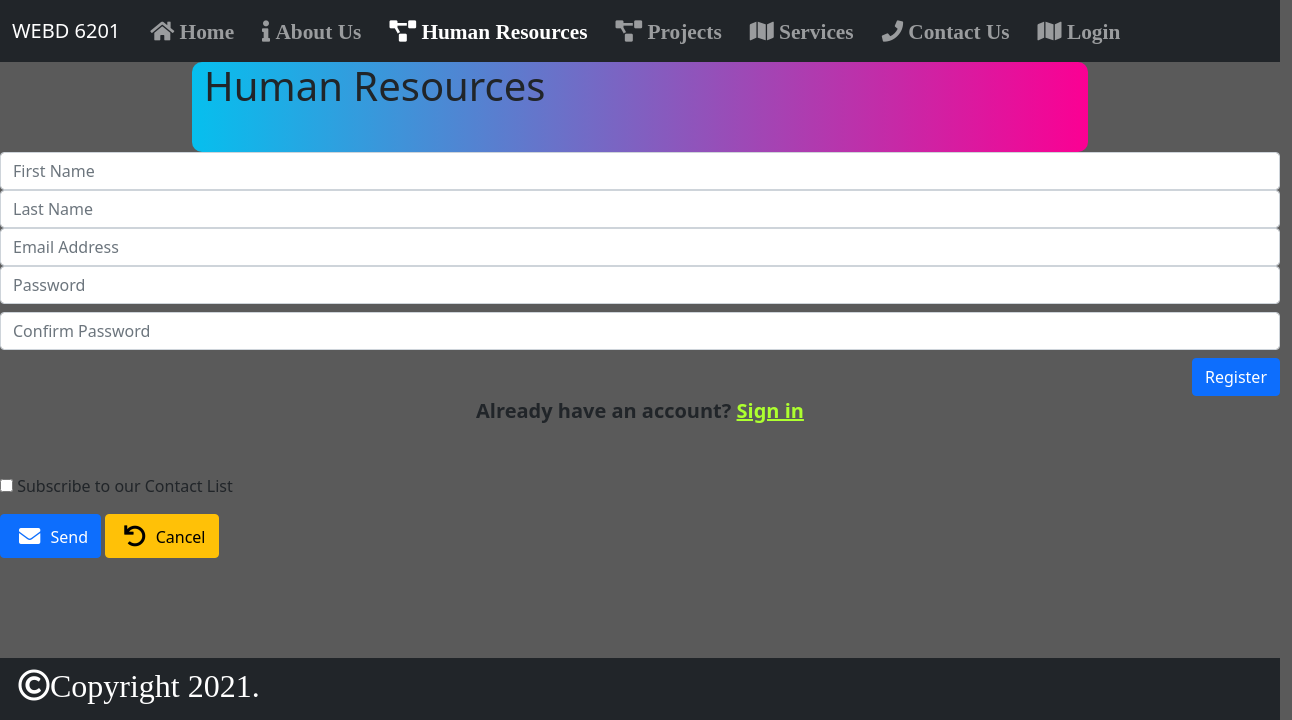
Repository: vans12345678/WEBD6201-W2021-Lab2
Page: human-resources.html
The author's editor kept a copy of each file at every save. The page is drawn from the files as they stood at one save, then again after the next save.
The browser window is 1280 px wide. The page is 1292 px wide, then 1280 px, then 1292 px, so the pictures cover 1292 px, including what lies to the right of the window. The pictures show the whole page.

Above is the page before, as saved 2021-03-06 18:59:51.

### human-resources.html
<!--human-resources.html
Name: Andre Agrippa, Michai Pryce
Date: 02/05/2021
-->
<!DOCTYPE html>
<html lang="en">
<head>
    <meta charset="UTF-8">
    <meta name="viewport" content="width=device-width, initial-scale=1.0">
    <title>Human Resources</title>

    <!-- CSS Section -->
    <link rel="stylesheet" href="./node_modules/bootstrap/dist/css/bootstrap.min.css">
    <link rel="stylesheet" href="./node_modules/@fortawesome/fontawesome-free/css/all.min.css">
    <link rel="stylesheet" href="./Content/app.css">
</head>
<body>
  <!-- Main Header -->
    <header>
      <!-- Main Navigation -->
        <nav class="navbar navbar-expand-lg navbar-dark bg-dark">
            <div class="container-fluid">
              <a id ="navHome" class="navbar-brand" href="index.html"></a>
              <button class="navbar-toggler" type="button" data-bs-toggle="collapse" data-bs-target="#navbarSupportedContent" aria-controls="navbarSupportedContent" aria-expanded="false" aria-label="Toggle navigation">
                <span class="navbar-toggler-icon"></span>
              </button>
              <div class="collapse navbar-collapse" id="navbarSupportedContent">
                <ul id = "ulNav" class="navbar-nav me-auto mb-2 mb-lg-0">
                  <li class="nav-item">
                    <a  class="nav-link" aria-current="page" href="index.html"><i id ="navIndex"class = "fas fa-home fa-lg"></i></a>
                  </li>
                  <li class="nav-item" id ="navAbout">
                    <a  class="nav-link " aria-current="page" href="about.html"><i id ="navAboutItem"class = "fas fa-info fa-lg"></i></a>
                  </li>
                  <li class="nav-item">
                    <a  class="nav-link" aria-current="page" href="projects.html"><i id ="navProjects" class ="fas fa-project-diagram fa-lg">Products</i></a>
                  </li>
                  <li class="nav-item">
                    <a  class="nav-link" aria-current="page" href="services.html"><i id ="navServices"class = "fas fa-map fa-lg"></i></a>
                  </li>
                  <li class="nav-item">
                    <a  class="nav-link " aria-current="page" href="contact.html"><i id ="navContact"class = "fas fa-phone fa-lg"></i></a>
                  </li>
                  <li class="nav-item" id="liLogin">
                    <a  class="nav-link " aria-current="page" href="login.html"><i  id ="navLogin" class = "fas fa-map fa-lg"></i></a>
                  </li>
                </ul>
              </div>
            </div>
          </nav>
    </header>
  <!-- Main Contents -->
    <main>
        <h1 class = "container">Human Resources</h1>
        <form>

                <input class="form-control" type="text" id="firstName" placeholder="First Name" name="firstName" required/>
                <input class="form-control" type="text" name="lastName" id="lastName" placeholder="Last Name" required/>

                <input id="emailAddress" type="email" class="form-control" placeholder="Email Address" aria-label="Email Address" aria-describedby="Email Address Input"
                name="emailAddress" required/>
          <div class="form-group mb-2">
            <div class="row">
              <div class="col-md-12">
                <input type="password" class="form-control" id="password" name="password"
                value="" placeholder="Password"required/>
              </div>
            </div>
          </div>
          <div class="form-group mb-2">
            <div class="row">
              <div class="col-md-12">
                <input type="password" class="form-control" id="confirmPassword" name="confirmPassword"
                value="" placeholder="Confirm Password" required/>
              </div>
            </div>
          </div>
          <div class="text-end">
            <button id="registerButton" type="button" class="btn btn-primary btn-md buttonMargin">Register</button>
          </div>
          <p class="text-center fs-5 fw-bold">
          Already have an account?
          <a href="login.html">Sign in</a>
          </p>







        <div class = " mt-5 mb-3">
          <!-- <span class="input-group-text" id="inputGroup-sizing-default">Subscribe</span> -->
          <input id="subscribeCheckBox" name="subscribeCheckBox"class="" type="checkbox" value="">
          <label class="form-check-label" for="flexCheckChecked"> Subscribe to our Contact List</label>
        </div>

          <button id="sendButton" type="submit" class="btn btn-primary"><i class="fas fa-envelope fa-lg"></i> Send</button>
          <button id="cancelButton" type="reset" class="btn btn-warning"><i class="fas fa-undo fa-lg"></i> Cancel</button>
        </form>
    </main>
    <!-- Main Footer -->
    <footer>
      <nav class="navbar fixed-bottom navbar-dark bg-dark">
          <div class="container-fluid">
              <h4><i id = "footer"class="far fa-copyright fa-lg site-footer"></i></h4>
          </div>
        </nav>
  </footer>
    <!-- Script Section -->
    <script src="./node_modules/jquery/dist/jquery.min.js"></script>
    <script src="./node_modules/bootstrap/dist/js/bootstrap.bundle.min.js"></script>
    <script src="./Scripts/namespace.js"></script>
    <script src="./Scripts/user.js"></script>
    <script src="./Scripts/app.js"></script>
</body>
</html>

### Content/app.css
/* custom css goes here */
.Vapor {
    background-image: url('../images/vapor.jpg');
    background-repeat: no-repeat;
    background-attachment: fixed;
    background-size: 100% 100%;
  }
  a {
    color: greenyellow;
  }
  .textFont
  {
    font-family: Arial, Helvetica, sans-serif;
    line-height: 32px;
  }
  body
  {
    background-color: rgb(90, 90, 90);
  }
  h1.container{
    border-radius: 10px;
    width: 70%;
    height: 90px;
    margin: 0px auto;
    background: linear-gradient(90deg,#06bfee,#fb0093)
  }
  h1.projects{
    background-color: white;
  }
  .contact-table{
    width: 100%;
    margin:  50px auto;
    background-color: white;
  }
  .contact-form
  {
    width: 100%;
    margin:  100px auto;
  }
  .warnMessage
  {
    width: 90%;
    margin:  50px;
  }
  .site-footer {
    color:white;
  }
  .formMargin
  {
    margin: 35px 70px;
  }
  .inputMargin
  {
    margin: 5px 10px;
  }
  .formBackground
  {
    background-color: rgba(20, 174, 235, 0.822);
    border: 5px solid rgb(0, 238, 255);

  }
  i{
    margin:7px 6px;
  }

### Scripts/namespace.js
//Namespace core
let core;

### Scripts/user.js
"use strict";
// User Class

((core)=>
{
  class User {
    // getters and setters
    get DisplayName()
    {
      return this.m_displayName;
    }

    set DisplayName(value)
    {
      this.m_displayName = value;
    }

    get EmailAddress()
    {
      return this.m_emailAddress;
    }

    set EmailAddress(value)
    {
      this.m_emailAddress = value;
    }

    get Username()
    {
      return this.m_username;
    }

    set Username(value)
    {
      this.m_username = value;
    }
    get Password()
    {
      return this.m_password;
    }

    set Password(value)
    {
      this.m_password = value;
    }

    // constructor
    /**
     * Creates an instance of user
     * @param {string} displayName
     * @param {string} emailAddress
     * @param {string} username
     * @param {string} password
     */
    constructor(displayName = "", emailAddress = "", username = "", password = "")
    {
      this.DisplayName = displayName;
      this.EmailAddress = emailAddress;
      this.Username = username;
      this.Password = password;

    }

    // methods

    /**
     * This method overrides the built-in toString method for the User class
     *
     * @returns {string}
     */
    toString()
    {
      return `Display Name     : ${this.DisplayName}\nEmail Address : ${this.EmailAddress}\nUser Name : ${this.Username}`;
    }

    /**
     * This method returns a JSON object made up of the properties of the User class
     *
     * @returns {Object}
     */
    toJSON()
    {
      return {
        "DisplayName": this.DisplayName,
        "EmailAddress": this.EmailAddress,
        "Username":this.Username
      }
    }

    /**
     * This method takes a JSON data object and assigns the value to the User class properties
     *
     * @param {Object} data
     */
    fromJSON(data)
    {
      this.DisplayName = data.DisplayName;
      this.EmailAddress = data.EmailAddress;
      this.Username = data.Username;
      this.Password = data.Password;
    }

    /**
     * This method converts the User into a comma-separated value string
     *
     * @returns {string}
     */
    serialize()
    {
      if(this.DisplayName !== "" && this.EmailAddress !== "" && this.Username !== "")
      {
        return `${this.DisplayName},${this.EmailAddress},${this.Username}`;
      }
      else
      {
        console.error("One or more properties of the User is empty");
        return null;
      }
    }

    /**
     * This method takes a comma-separated data string and assigns the values to the User class properties
     *
     * @param {string} data
     * @return {void}
     */
    deserialize(data)
    {
      let propertyArray = data.split(",");
      this.DisplayName = propertyArray[0];
      this.EmailAddress = propertyArray[1];
      this.Username = propertyArray[2];
    }
  }

  core.User = User;

})(core || (core={}));

Loaded but not shown: node_modules/bootstrap/dist/css/bootstrap.min.css (library); node_modules/@fortawesome/fontawesome-free/css/all.min.css (library); node_modules/jquery/dist/jquery.min.js (library); node_modules/bootstrap/dist/js/bootstrap.bundle.min.js (library); Scripts/app.js (639 lines, source omitted)

After the next save:
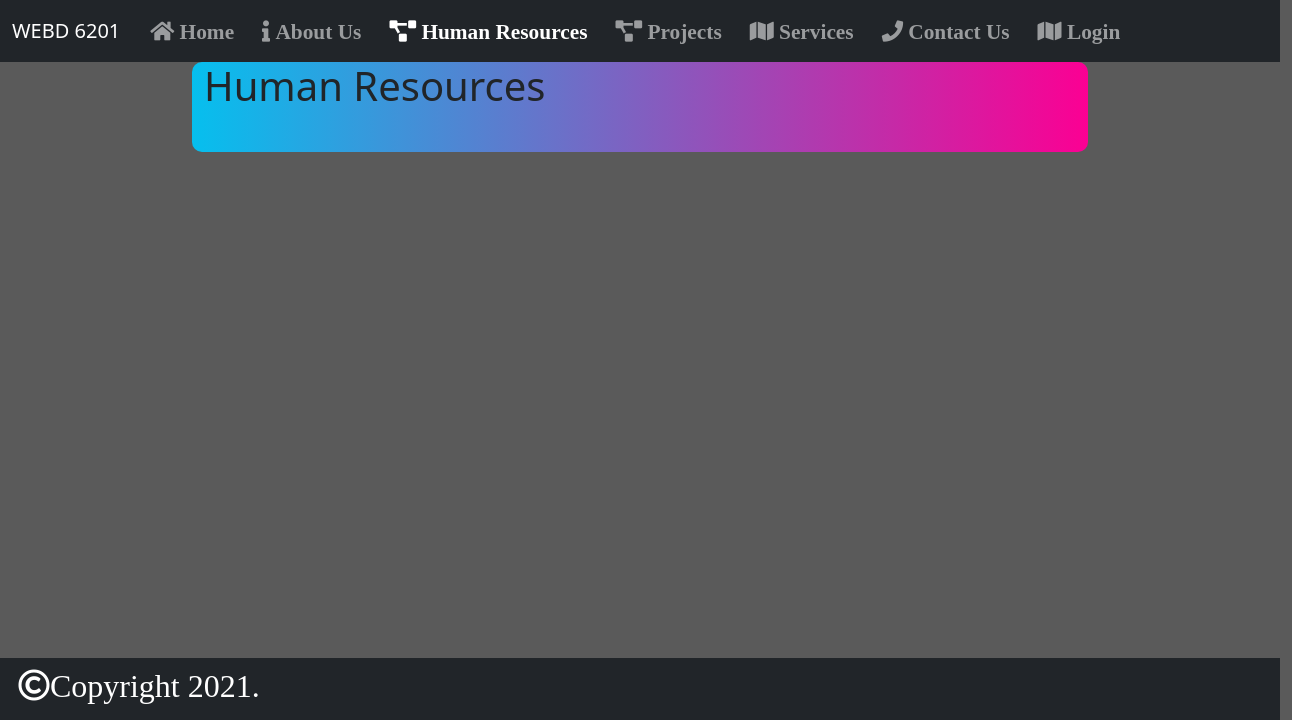
Saved 7 s later.
--- a/human-resources.html
+++ b/human-resources.html
@@ -52,52 +52,7 @@
   <!-- Main Contents -->
     <main>
         <h1 class = "container">Human Resources</h1>
-        <form>
 
-                <input class="form-control" type="text" id="firstName" placeholder="First Name" name="firstName" required/>
-                <input class="form-control" type="text" name="lastName" id="lastName" placeholder="Last Name" required/>
-
-                <input id="emailAddress" type="email" class="form-control" placeholder="Email Address" aria-label="Email Address" aria-describedby="Email Address Input"
-                name="emailAddress" required/>
-          <div class="form-group mb-2">
-            <div class="row">
-              <div class="col-md-12">
-                <input type="password" class="form-control" id="password" name="password"
-                value="" placeholder="Password"required/>
-              </div>
-            </div>
-          </div>
-          <div class="form-group mb-2">
-            <div class="row">
-              <div class="col-md-12">
-                <input type="password" class="form-control" id="confirmPassword" name="confirmPassword"
-                value="" placeholder="Confirm Password" required/>
-              </div>
-            </div>
-          </div>
-          <div class="text-end">
-            <button id="registerButton" type="button" class="btn btn-primary btn-md buttonMargin">Register</button>
-          </div>
-          <p class="text-center fs-5 fw-bold">
-          Already have an account?
-          <a href="login.html">Sign in</a>
-          </p>
-
-
-
-
-
-
-
-        <div class = " mt-5 mb-3">
-          <!-- <span class="input-group-text" id="inputGroup-sizing-default">Subscribe</span> -->
-          <input id="subscribeCheckBox" name="subscribeCheckBox"class="" type="checkbox" value="">
-          <label class="form-check-label" for="flexCheckChecked"> Subscribe to our Contact List</label>
-        </div>
-
-          <button id="sendButton" type="submit" class="btn btn-primary"><i class="fas fa-envelope fa-lg"></i> Send</button>
-          <button id="cancelButton" type="reset" class="btn btn-warning"><i class="fas fa-undo fa-lg"></i> Cancel</button>
-        </form>
     </main>
     <!-- Main Footer -->
     <footer>

After the 2 saves that followed:
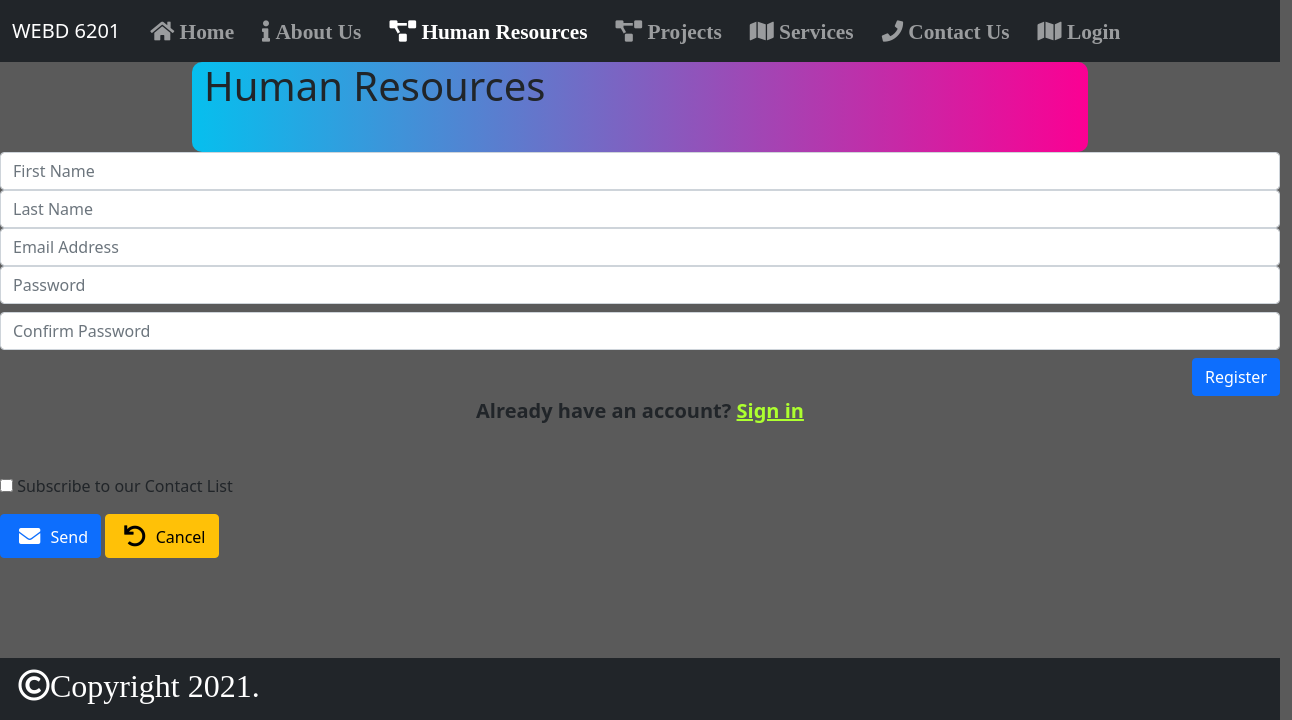
The 2 saves are shown as one change because 1 left the picture as it was.
The last was saved 95 s later.
--- a/human-resources.html
+++ b/human-resources.html
@@ -52,7 +52,52 @@
   <!-- Main Contents -->
     <main>
         <h1 class = "container">Human Resources</h1>
+        <form>
 
+                <input class="form-control" type="text" id="firstName" placeholder="First Name" name="firstName" required/>
+                <input class="form-control" type="text" name="lastName" id="lastName" placeholder="Last Name" required/>
+
+                <input id="emailAddress" type="email" class="form-control" placeholder="Email Address" aria-label="Email Address" aria-describedby="Email Address Input"
+                name="emailAddress" required/>
+          <div class="form-group mb-2">
+            <div class="row">
+              <div class="col-md-12">
+                <input type="password" class="form-control" id="password" name="password"
+                value="" placeholder="Password"required/>
+              </div>
+            </div>
+          </div>
+          <div class="form-group mb-2">
+            <div class="row">
+              <div class="col-md-12">
+                <input type="password" class="form-control" id="confirmPassword" name="confirmPassword"
+                value="" placeholder="Confirm Password" required/>
+              </div>
+            </div>
+          </div>
+          <div class="text-end">
+            <button id="registerButton" type="button" class="btn btn-primary btn-md buttonMargin">Register</button>
+          </div>
+          <p class="text-center fs-5 fw-bold">
+          Already have an account?
+          <a href="login.html">Sign in</a>
+          </p>
+
+
+
+
+
+
+
+        <div class = " mt-5 mb-3">
+          <!-- <span class="input-group-text" id="inputGroup-sizing-default">Subscribe</span> -->
+          <input id="subscribeCheckBox" name="subscribeCheckBox"class="" type="checkbox" value="">
+          <label class="form-check-label" for="flexCheckChecked"> Subscribe to our Contact List</label>
+        </div>
+
+          <button id="sendButton" type="submit" class="btn btn-primary"><i class="fas fa-envelope fa-lg"></i> Send</button>
+          <button id="cancelButton" type="reset" class="btn btn-warning"><i class="fas fa-undo fa-lg"></i> Cancel</button>
+        </form>
     </main>
     <!-- Main Footer -->
     <footer>
